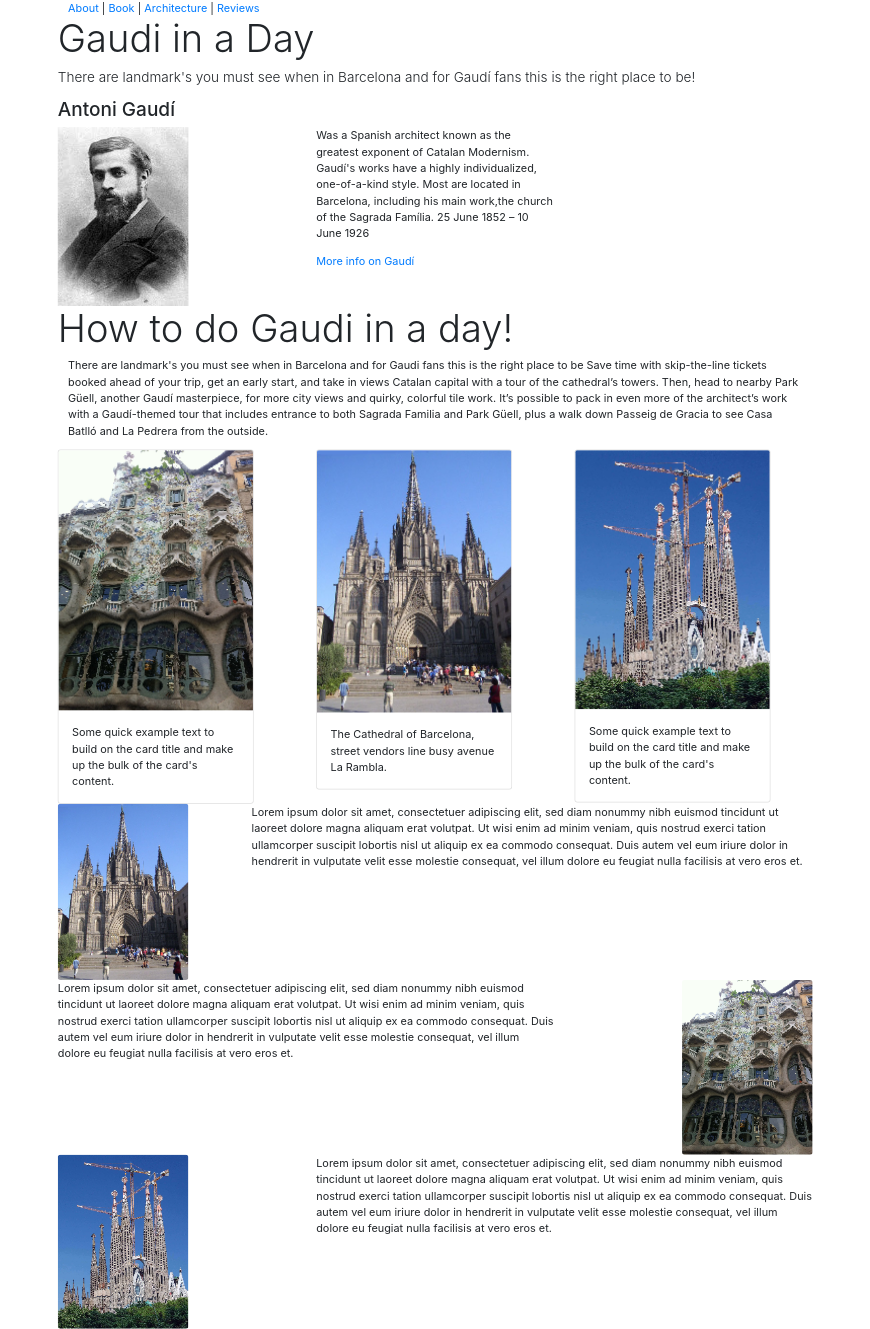
Repository: Taitdanielle/Milestone1
Page: index.html
The author's editor kept a record of every edit. The page is drawn from the files as they stood at one moment, then again after the next edit.
The browser window is 1280 px wide. The pictures show the whole page, at 68% of full size.

Above is the page before.

After the next edit:
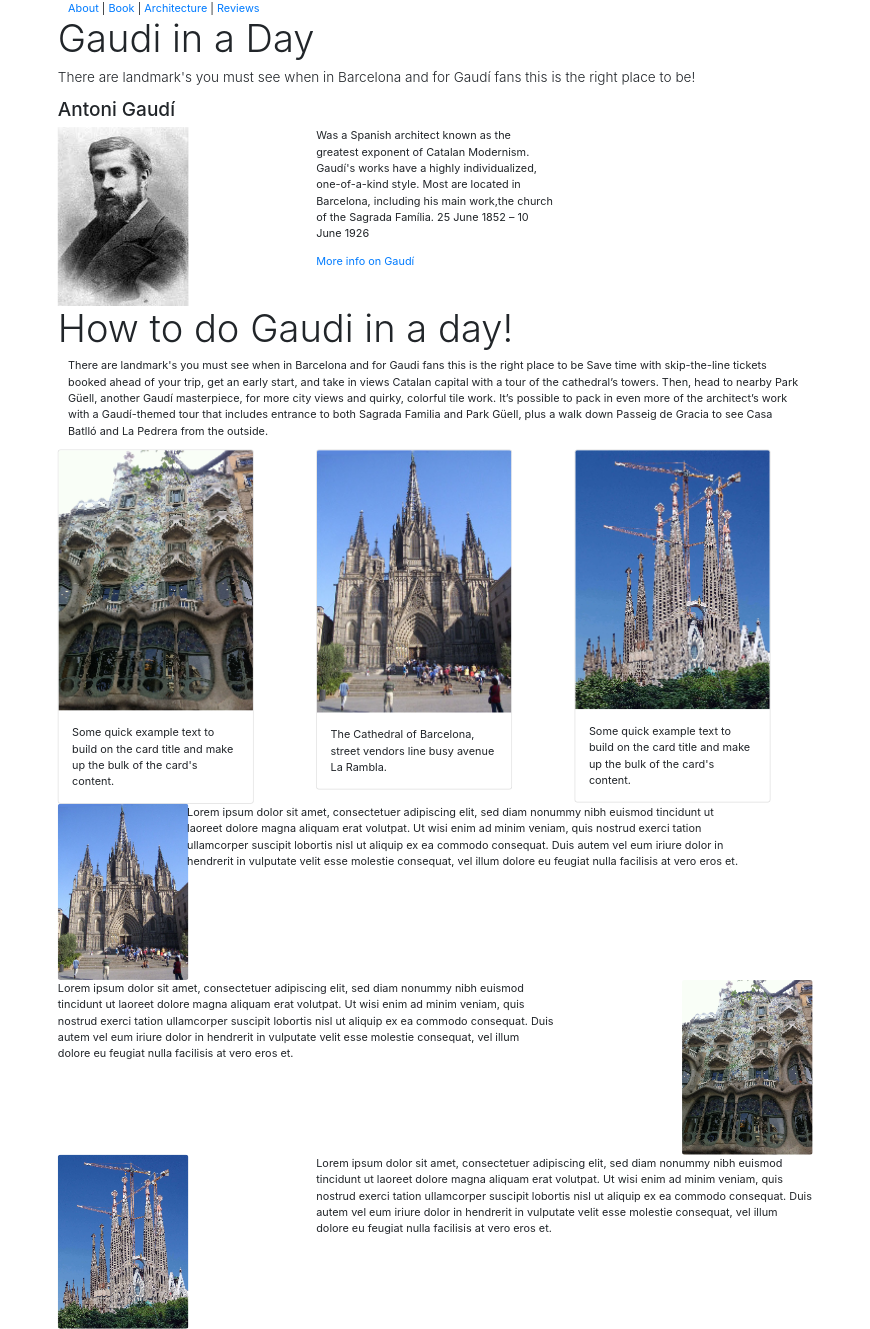
The edit:
--- a/index.html
+++ b/index.html
@@ -86,7 +86,7 @@
     <div class="container">
 
         <div class="row">
-            <div class="col-md-3">
+            <div class="col-md-2">
                 <img src="images/Sta-eulalia.jpg" class="rounded float-left" alt="barrigotic building">
             </div>
             <div class="col-md-9">
